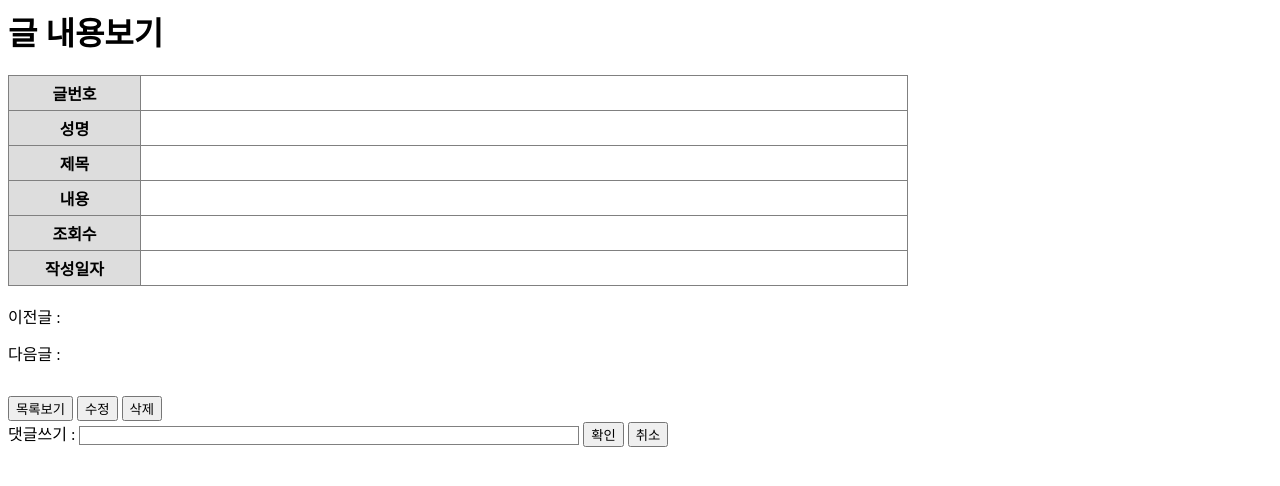
Repository: gold37/Spring
Page: http://localhost/Board/WEB-INF/views/tiles1/board/view.jsp
An editor plug-in stored every save of this project. The page is shown before and after the next save, followed by the edit.
The browser window is 1280 px wide. The pictures show the whole page.
The page is served by Tomcat 9. Nobody is signed in. The template is opened directly, without the code that normally fills it, so the values that code supplies are empty.

Above is the page before, as saved 2020-07-17 05:31:45.
Console error: ReferenceError: $ is not defined

After the next save:
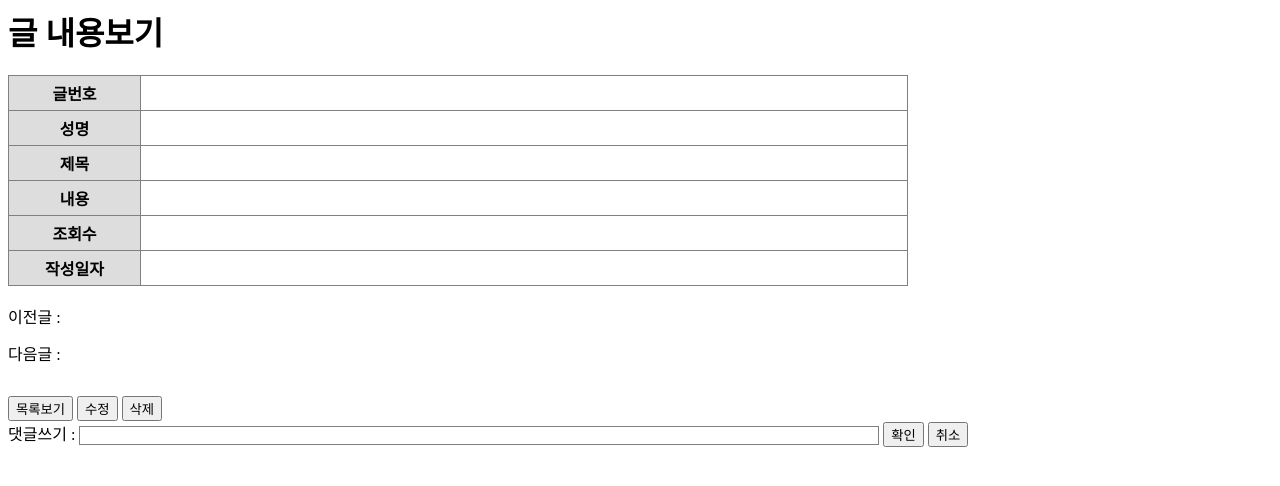
Saved 8 s later.
--- a/springworkspace/Board/src/main/webapp/WEB-INF/views/tiles1/board/view.jsp
+++ b/springworkspace/Board/src/main/webapp/WEB-INF/views/tiles1/board/view.jsp
@@ -96,7 +96,7 @@ a {text-decoration: none !important;}
 
 
 	<div>
-	댓글쓰기 : <input type="text" style="width: 500px; " >
+	댓글쓰기 : <input type="text" style="width:800px; " >
 	<button>확인</button>
 	<button>취소</button>
 	</div>
